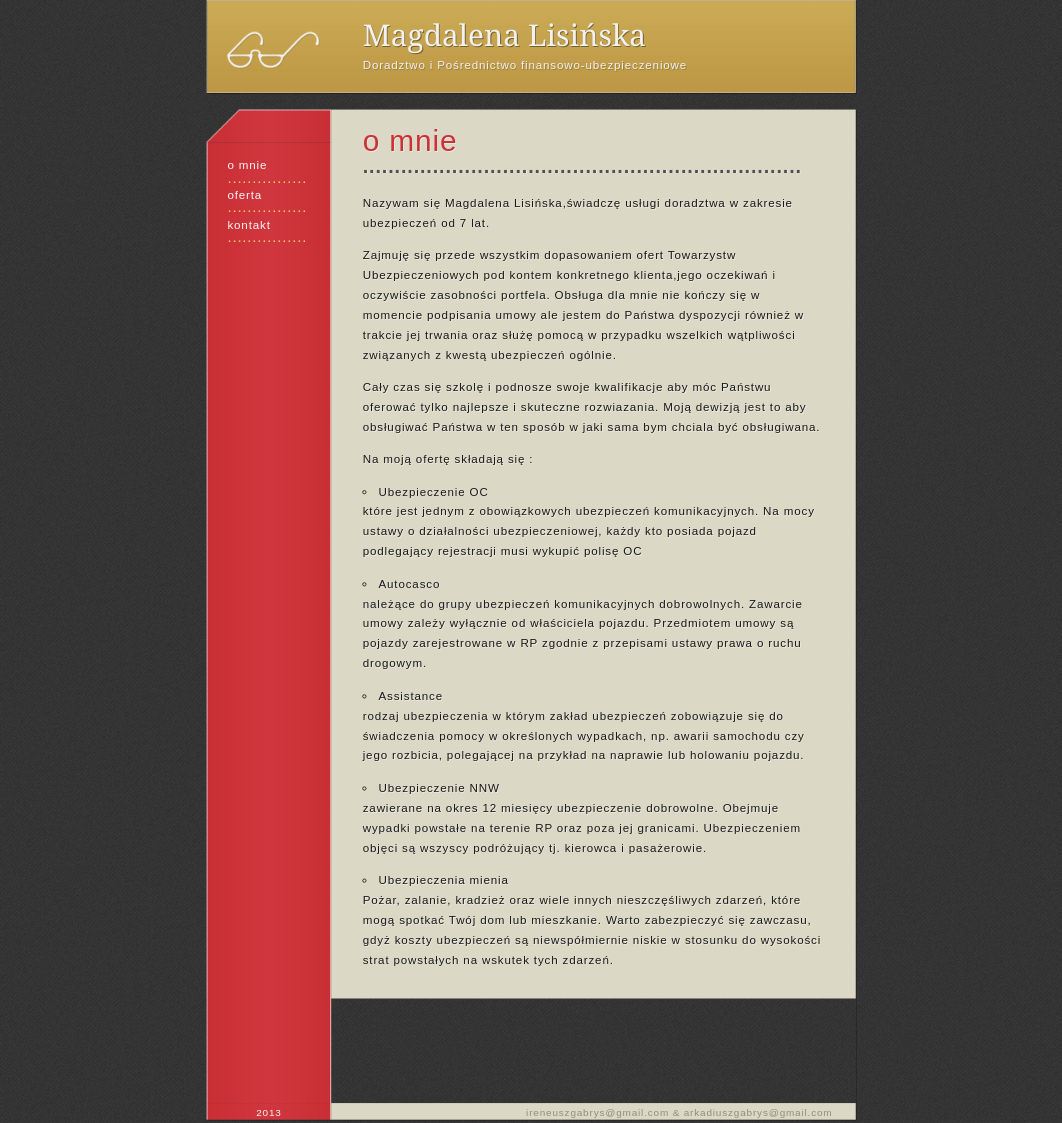
Repository: gabr/php_elicpse_workspace
Page: Magda Lisinska/index.html
The author's editor kept a copy of each file at every save. The page is drawn from the files as they stood at one save, then again after the next save.
The browser window is 1280 px wide. The pictures show the whole page, at 83% of full size.

Above is the page before, as saved 2013-03-08 13:41:33.

After the next save:
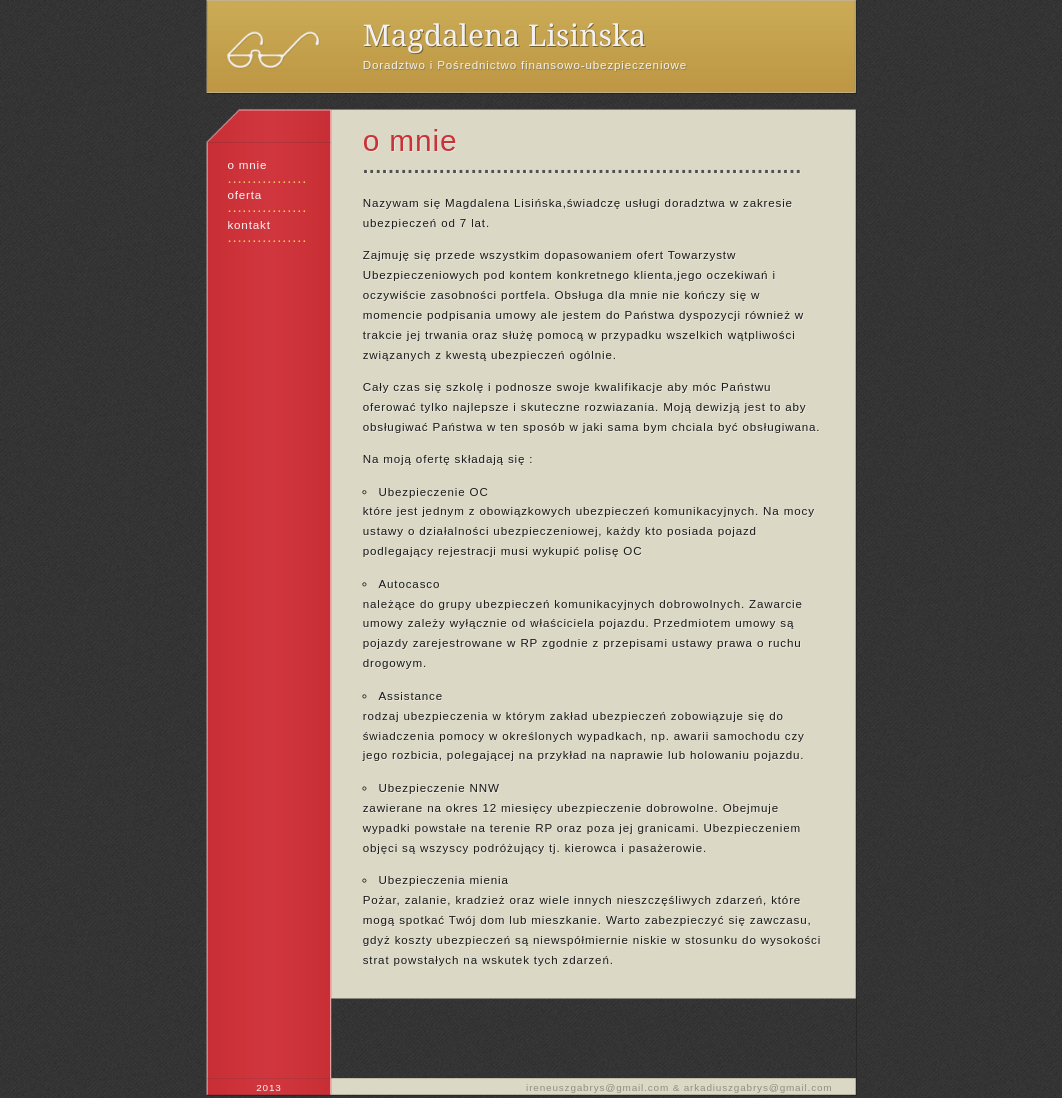
Saved 5 s later.
--- a/Magda Lisinska/index.html
+++ b/Magda Lisinska/index.html
@@ -36,7 +36,7 @@
     <!-- menu -->
     <div id="menu">
       <div id="menu-head"></div>
-      <div id="menu-body" style="height: 1157px">
+      <div id="menu-body" style="height: 1127px">
         <div id="menu-margin"></div>
         <ul>
           <li><a href="#">o mnie</a></li>
